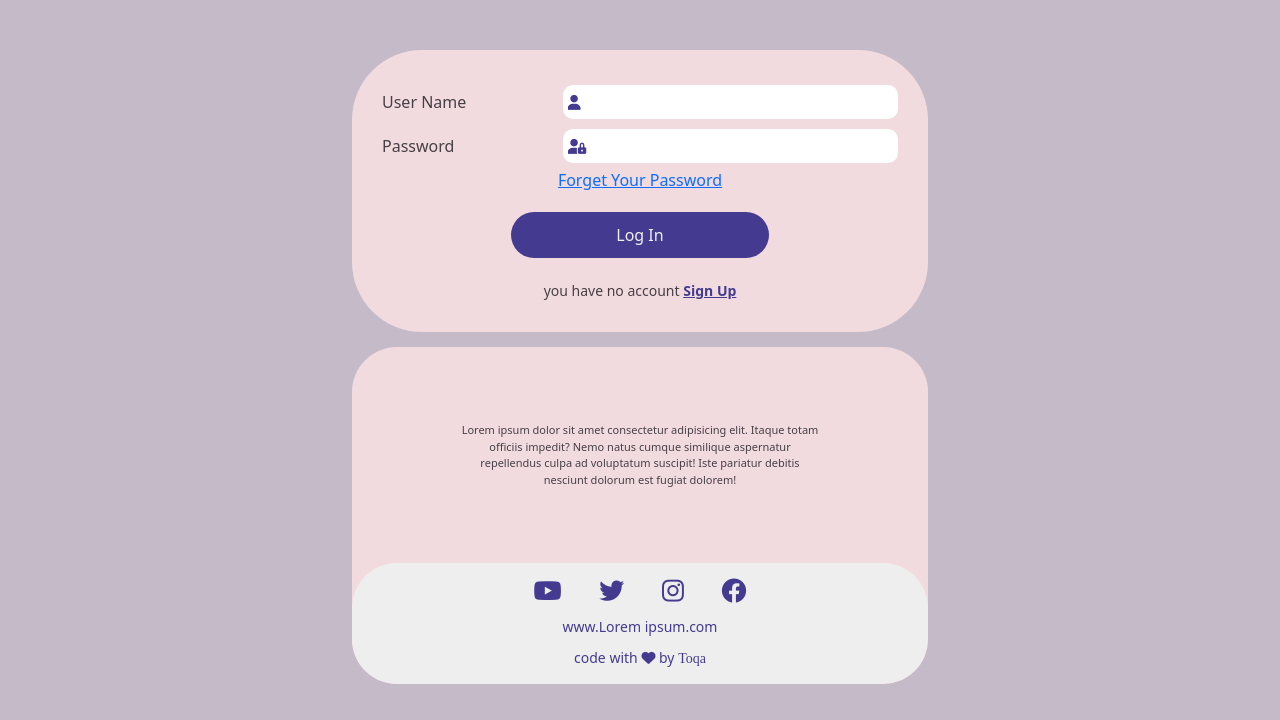
Repository: Toqa-25/register-page-one
Page: log in/index.html
These files come from the project's save history. The page is drawn as it stood at one moment and after the next save; the edit follows.
The browser window is 1280 px wide. The pictures show the whole page.
Some web fonts or font styles are not loaded; a fallback is used. Some web libraries are served in a nearby version.

Above is the page before, as saved 2021-12-26 16:34:36.

### log in/index.html
<!DOCTYPE html>
<html lang="en">
<head>
    <meta charset="UTF-8">
    <meta http-equiv="X-UA-Compatible" content="IE=edge">
    <meta name="viewport" content="width=device-width, initial-scale=1.0">
    <!-- bootstrab Style -->
    <link href="https://cdn.jsdelivr.net/npm/bootstrap@5.1.3/dist/css/bootstrap.min.css" rel="stylesheet" integrity="sha384-1BmE4kWBq78iYhFldvKuhfTAU6auU8tT94WrHftjDbrCEXSU1oBoqyl2QvZ6jIW3" crossorigin="anonymous">
    <!-- fontawosome -->
  <link rel="stylesheet" href="https://pro.fontawesome.com/releases/v5.10.0/css/all.css" integrity="sha384-AYmEC3Yw5cVb3ZcuHtOA93w35dYTsvhLPVnYs9eStHfGJvOvKxVfELGroGkvsg+p" crossorigin="anonymous"/>
    <link rel="stylesheet" href="https://cdnjs.cloudflare.com/ajax/libs/font-awesome/5.1.0/css/v4-shims.min.css">
    <link rel="stylesheet" href="https://cdnjs.cloudflare.com/ajax/libs/font-awesome/6.0.0-beta3/css/all.min.css">
  <!-- css file style -->
    <link rel="stylesheet" href="../css/style.css">
    <!-- google font -->
    <link rel="preconnect" href="https://fonts.googleapis.com">
<link rel="preconnect" href="https://fonts.gstatic.com" crossorigin>
<link href="https://fonts.googleapis.com/css2?family=Pushster&display=swap" rel="stylesheet">
    <!-- page-title -->
    <title> log in Page </title>
</head>
<body>
<!-- sign up  Section -->
<form action="" class="part-style" id="sign-form">
    <!-- user-name -->
    <div class="form-input d-flex justify-content-between align-items-center flex-sm-column flex-md-row">
    <label for="user-name">User Name</label>
    <input type="text" name="" id="user-name" class="input input-font" placeholder="&#xf007;">
    </div>
    <!-- password -->
    <div class="form-input d-flex justify-content-between align-items-center flex-sm-column flex-md-row">
    <label for="password">Password</label>
    <input type="password" name="" id="password" class="input" placeholder="&#xf502;">
    </div>
    <!-- submit btn  -->
    <a href="http://" class="forget">Forget Your Password</a>
    <input type="submit" value="Log In" class="btn sign-log-btn d-block log-btn input-font"  id="sign-btn" >
     <span>you have no account  <a href="../sign up/index.html"> Sign Up </a></span>
</form>
   <!-- accept section -->

   <!-- footer section -->
  <footer class="part-style">
          <div class="footer-content">
              <div class="footer-text">
                  <p class="footer-text-info">
                      Lorem ipsum dolor sit amet consectetur adipisicing elit. Itaque totam officiis impedit? Nemo natus cumque similique aspernatur repellendus culpa ad voluptatum suscipit! Iste pariatur debitis nesciunt dolorum est fugiat dolorem!
                  </p>
              </div>
              <div class="footer-icons d-flex flex-column justify-content-evenly align-items-center">
                  <!-- <div class="footer-icons-group"> -->
                      <span class="footer-icons-group d-flex justify-content-evenly align-items-center">
                  <!-- <i class="fab fa-youtube"> <a href="https://toqa-25.github.io/portfolio/" target="_blank" rel="noopener noreferrer"></a> </i> -->
                  <a href="https://" target="_blank" rel="noopener noreferrer"> <i class="fab fa-youtube"></i></a>
                  <a href="http://" target="_blank" rel="noopener noreferrer"><i class="fab fa-twitter"></i></a>
                  <a href="http://" target="_blank" rel="noopener noreferrer"><i class="fab fa-instagram"></i></a>
                 <a href="http://" target="_blank" rel="noopener noreferrer"> <i class="fab fa-facebook"></i></a>
                  </span>
              <!-- </div> -->
                <!-- <div class="footer-icons-text"> -->
                    <span class="web-text d-block">www.Lorem ipsum.com</span>
                    <span class="code-text">code with <i class="fas fa-heart"></i> by <Span class="coder"><a href="https://toqa-25.github.io/portfolio/" target="_blank" rel="noopener noreferrer" >Toqa</a></Span> </span>
                <!-- </div> -->
              </div>
      </div>
  </footer>
  <script>
    //   // checked ok
    //   let checked = document.getElementById("checked")
    //   let right = document.getElementById("right")
    //  checked.onclick = function () {
    //      if ( right.style.display === "none"){
    //          right.style.display="block"
    //      }
    //      else{
    //           right.style.display ="none"
    //      }
    //  }
    //  // form
    //  let form = document.getElementById("sign-form")
    //  let signUp = document.getElementById("sign-btn")
    //  form.addEventListener("submit" , function (event){
    //      event.preventDefault ()
    //  });

    //  signUp.addEventListener("click" , function (){
    //      setTimeout(() => {
    //          window.location ="../log in/index.html"
    //      }, 1000);
    //     console.log ("go")
    //  })
  </script>
</body>
</html>

### css/style.css

/* Root */
:root{
    --m-text-color:#f0f0f2;
    /* --s-text-color:#464045; */
    --s-text-color:#464045;
    --th-text-color:#545050;
    --pink-background:#f2dbdf;
    --sign-btn-background:#c5bac7;
    --log-btn-background:#443b90;
    --footer-icon-background:#eeeeee;
    --website-text:#c0bdd4;
}
/* global style */
*, p{
    box-sizing :border-box;
    padding: 0;
    margin: 0;
}
body{
    /* background-color:var(--th-text-color) ; */
        background-color: #c5bac7;
}
.part-style{
    width: 90%;
}
/* @media (min-width:575px){ */
 @media (min-width:991px){
    .part-style{
        width: 45%;
    }
    }
@media (max-width:990px){
.part-style{
    width: 60%;
}
}
@media (max-width:767px){
.part-style{
    width: 80%;
}
}
@media (max-width:575px){
.part-style{
    width: 95%;
}
}
/**********************************************************************/
/* sign in & log in style */
.sign-log , #sign-form{
    margin: 50px auto 15px;
    background-color: var(--pink-background);
    border-radius: 70px;
    -webkit-border-radius: 70px;
    -moz-border-radius: 70px;
    -ms-border-radius: 70px;
    -o-border-radius: 70px;
        color:var(--s-text-color);
     text-align: center;

}
.sign-log-btn,.sign-log-btn:hover,.sign-log-btn:hover a {
    width: 50%;
    margin: 20px auto;
    border-radius: 25px;
    padding: 10px;
    color:var(--m-text-color)


}
.sign-btn{
    background-color: var(--sign-btn-background);
}
.log-btn{
    background-color: var(--log-btn-background);
}
.sign-log-btn a{
    text-decoration: none;
    color:var(--m-text-color)

}
/* accept style */
.accept{
    color:var(--s-text-color);
    margin:20px auto;
}
.accept-content{
    background-color:var(--footer-icon-background) ;
    border-radius: 25px;
    -webkit-border-radius: 25px;
    -moz-border-radius: 25px;
    -ms-border-radius: 25px;
    -o-border-radius: 25px;
    padding: .75rem 1rem ;
    font-size: 15px;
}
.acc-text{
  margin-bottom: 0;
}
.acc-check{
    width: 13px;
    height: 13px;
    border-radius: 50%;
    border: 1px solid var(--s-text-color);
    cursor: pointer;
}
.acc-check i {
    margin: 3px 1px 3px 4px;
    font-size: 14px;
    line-height: 15px;
    display: none;
}
/**********************************************************************/
/* footer style */
footer {
    margin:15px auto 20px;
    color:var(--s-text-color);
    background-color: var(--pink-background);
    border-radius: 45px;
    -webkit-border-radius: 45px;
    -moz-border-radius: 45px;
    -ms-border-radius: 45px;
    -o-border-radius: 45px;
}

.footer-text{
    padding: 75px 50px;
    font-size: 11px;
    text-align: center;
}
.footer-text-info{
    width: 75%;
    margin: 0 auto;
}
.footer-icons{
    background-color:var(--footer-icon-background) ;
    border-radius: 45px;
    width: 100%;
    text-align: center;
    min-height: 100px;
        padding: 5px 0;
    color:var(--log-btn-background) ;


}
.footer-icons-group{
    width: 50%;
    margin: 10px auto 0;
}
.footer-icons-group i{
 font-size: 25px;
 transition: .3s;
 -webkit-transition: .3s;
 -moz-transition: .3s;
 -ms-transition: .3s;
 -o-transition: .3s;
color:var(--log-btn-background) ;

}
.footer-icons-group  a i:hover{
    transform: rotate(
360deg) scale(1.25);
color: var(--log-btn-background);
    color:var(--log-btn-background) ;

}
.web-text {
    font-size: 14px;
    margin: 10px auto;
}
.code-text {
    font-size: 14px;
    margin-bottom: 10px ;
}
footer a , footer a:hover{
    text-decoration:none ;
    color:var(--s-text-color);
    cursor: pointer;

}

.coder a , .coder a:hover{
    font-family: 'Pushster', cursive;
    color:var(--log-btn-background) ;


}
/**********************************************************************/
 /* sign-up page */
 #sign-form{
/* width: 70%; */
padding: 30px;
}
   .form-input {
       width: 100%;
   }
.input{
    width: 65%;
    padding: 5px;
    border: none;
    border-radius: 10px;
    margin: 5px 0;
    outline: none;
}
#sign-form span{
    font-size: 14px;
}
#sign-form span a{
    color:var(--log-btn-background) ;
    font-weight: bold;
    cursor: pointer;
}
@media (max-width:767px){
    .flex-sm-column{
        flex-direction: column;
}
.input{
    width: 80%;
}
}
.forget{

}
::placeholder{
     font-family: 'Font Awesome 5 free';
     font-weight: 700;
     color: var(--s-text-color);
     font-size: 15px;
     letter-spacing: 1px;
     text-transform: capitalize;
    color:var(--log-btn-background) ;

 }

After the next save:
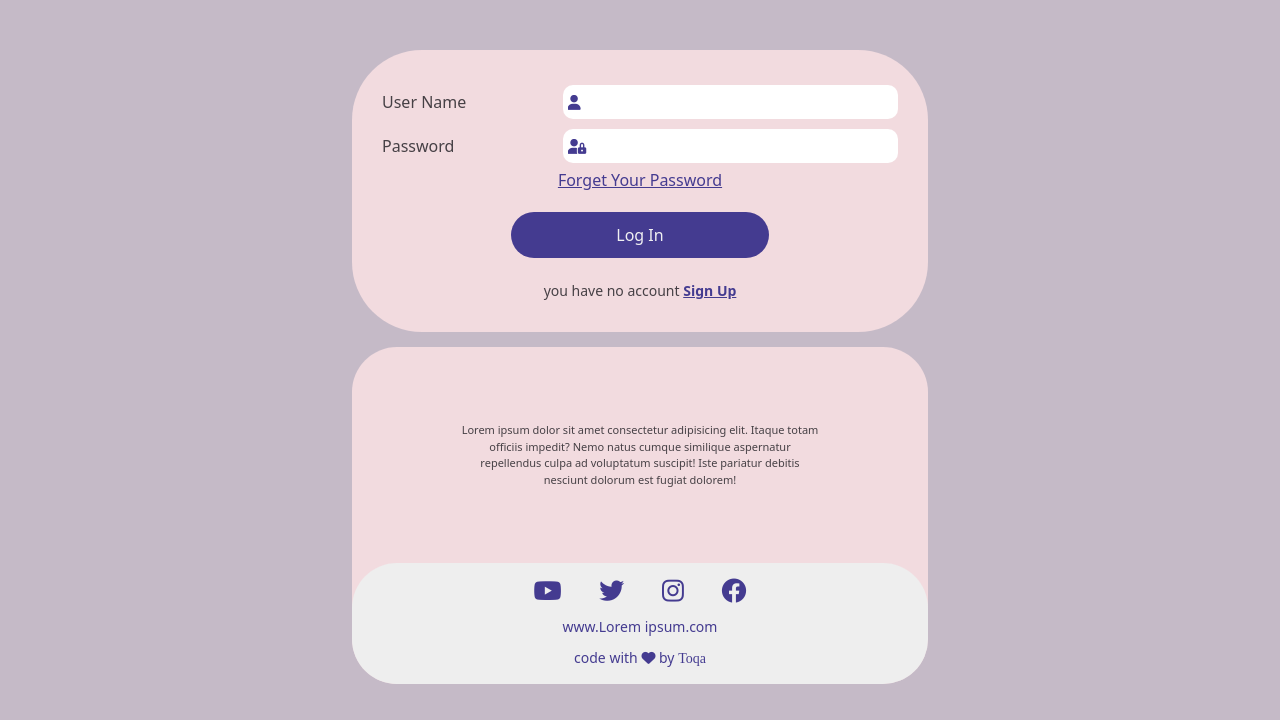
Saved 6 s later.
--- a/css/style.css
+++ b/css/style.css
@@ -219,6 +219,7 @@ padding: 30px;
 }
 }
 .forget{
+    color:var(--log-btn-background) ;
 
 }
 ::placeholder{
